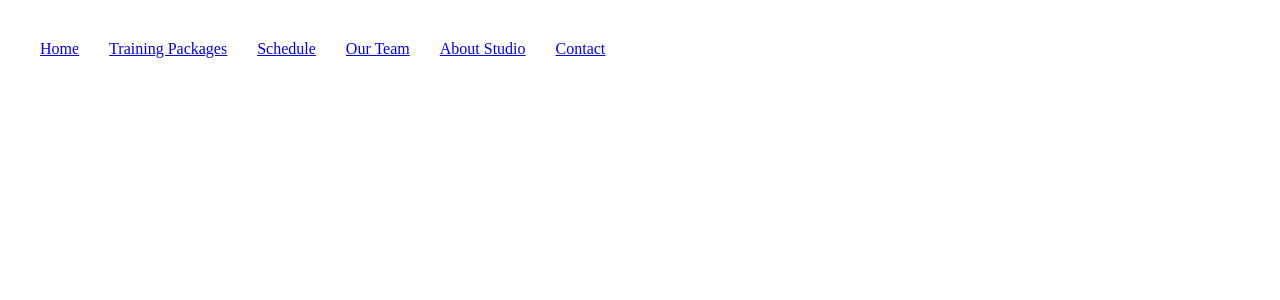
Repository: MujtabaHabib/muscle-memory-website
Page: index.html
An editor plug-in stored every save of this project. The page is shown before and after a run of saves, followed by the edit.
The browser window is 1280 px wide. The pictures show the whole page.

Above is the page before, as saved 2026-01-26 03:28:22.

After the next 3 saves:
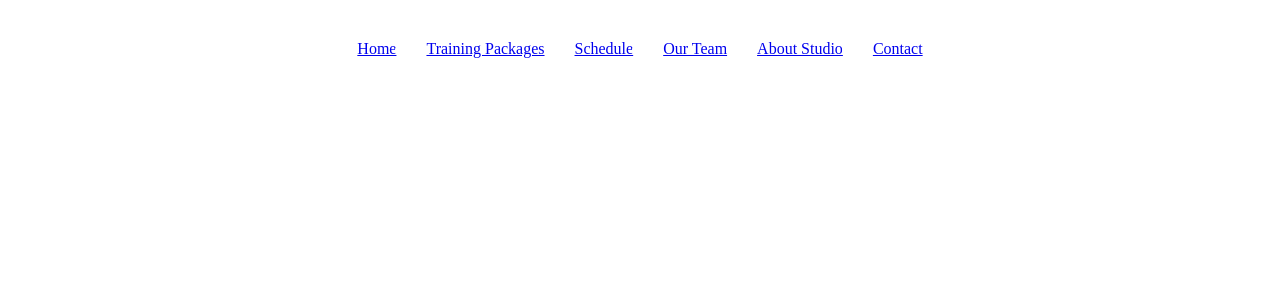
The 3 saves are shown as one change because they came seconds apart.
The last was saved 12 s later.
--- a/style.css
+++ b/style.css
@@ -9,10 +9,11 @@
     color: white;
     padding: 15px;
     margin:10px;
+    justify-content: center;
+    align-items: center;
 }
 
 .list li{
     padding:15px;
-    justify-content: center;
-    align-items: center;
+
 }
